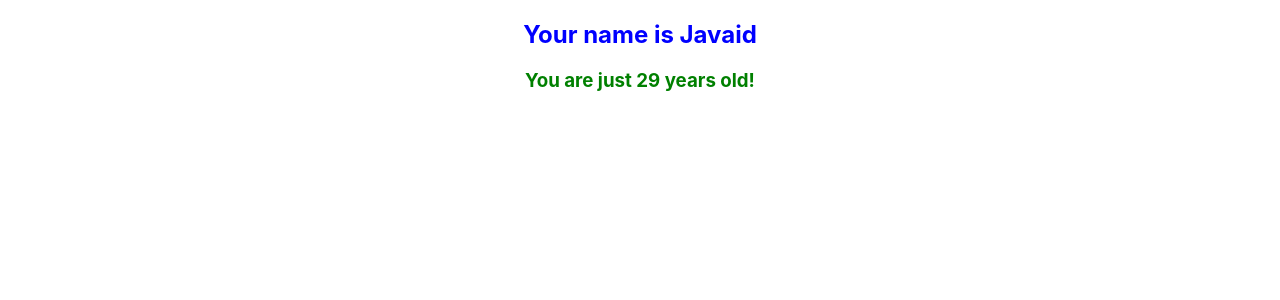
Repository: JavaidAhmadKhan/robo-friends-2.0
Page: /
The author's editor kept a copy of each file at every save. The page is drawn from the files as they stood at one save, then again after the next save.
The browser window is 1280 px wide. The pictures show the whole page.
The project was rebuilt for these pictures with package versions that can differ from the ones it lists, and the page was loaded fresh each time.

Above is the page before, as saved 2022-04-18 22:44:59.

### public/index.html
<!DOCTYPE html>
<html lang="en">
  <head>
    <meta charset="utf-8" />
    <link rel="icon" href="%PUBLIC_URL%/favicon.ico" />
    <meta name="viewport" content="width=device-width, initial-scale=1" />
    <meta name="theme-color" content="#000000" />
    <meta
      name="description"
      content="Web site created using create-react-app"
    />
    <link rel="apple-touch-icon" href="%PUBLIC_URL%/logo192.png" />
    <!--
      manifest.json provides metadata used when your web app is installed on a
      user's mobile device or desktop. See https://developers.google.com/web/fundamentals/web-app-manifest/
    -->
    <link rel="manifest" href="%PUBLIC_URL%/manifest.json" />
    <!--
      Notice the use of %PUBLIC_URL% in the tags above.
      It will be replaced with the URL of the `public` folder during the build.
      Only files inside the `public` folder can be referenced from the HTML.

      Unlike "/favicon.ico" or "favicon.ico", "%PUBLIC_URL%/favicon.ico" will
      work correctly both with client-side routing and a non-root public URL.
      Learn how to configure a non-root public URL by running `npm run build`.
    -->
    <title>Robo Friends 2.0</title>
  </head>
  <body>
    <noscript>You need to enable JavaScript to run this app.</noscript>
    <div id="root"></div>
    <!--
      This HTML file is a template.
      If you open it directly in the browser, you will see an empty page.

      You can add webfonts, meta tags, or analytics to this file.
      The build step will place the bundled scripts into the <body> tag.

      To begin the development, run `npm start` or `yarn start`.
      To create a production bundle, use `npm run build` or `yarn build`.
    -->
  </body>
</html>

### src/App.js
import { Component } from "react";
import "./App.css";

class App extends Component {
  constructor() {
    super();

    this.state = {
      name: "Javaid",
      age: 29,
    };
  }

  render() {
    return (
      <div className="App">
        <h2>Your name is {this.state.name}</h2>
        <h3>You are just {this.state.age} years old! </h3>
      </div>
    );
  }
}

export default App;

### src/App.css
.App {
  text-align: center;
}

h2 {
  color: blue;
}

h3 {
  color: green;
}

Loaded but not shown: src/index.js (common file); src/index.css (common file); src/reportWebVitals.js (common file)

After the next save:
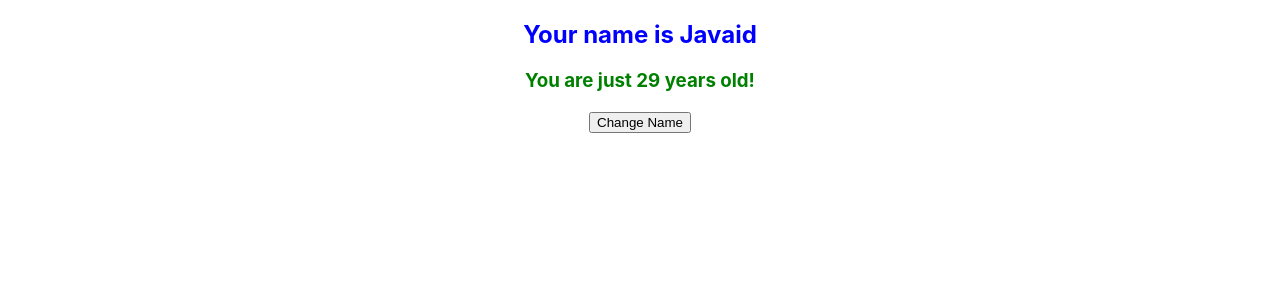
Saved 23 h 31 min later.
--- a/src/App.js
+++ b/src/App.js
@@ -16,6 +16,7 @@ class App extends Component {
       <div className="App">
         <h2>Your name is {this.state.name}</h2>
         <h3>You are just {this.state.age} years old! </h3>
+        <button>Change Name</button>
       </div>
     );
   }
